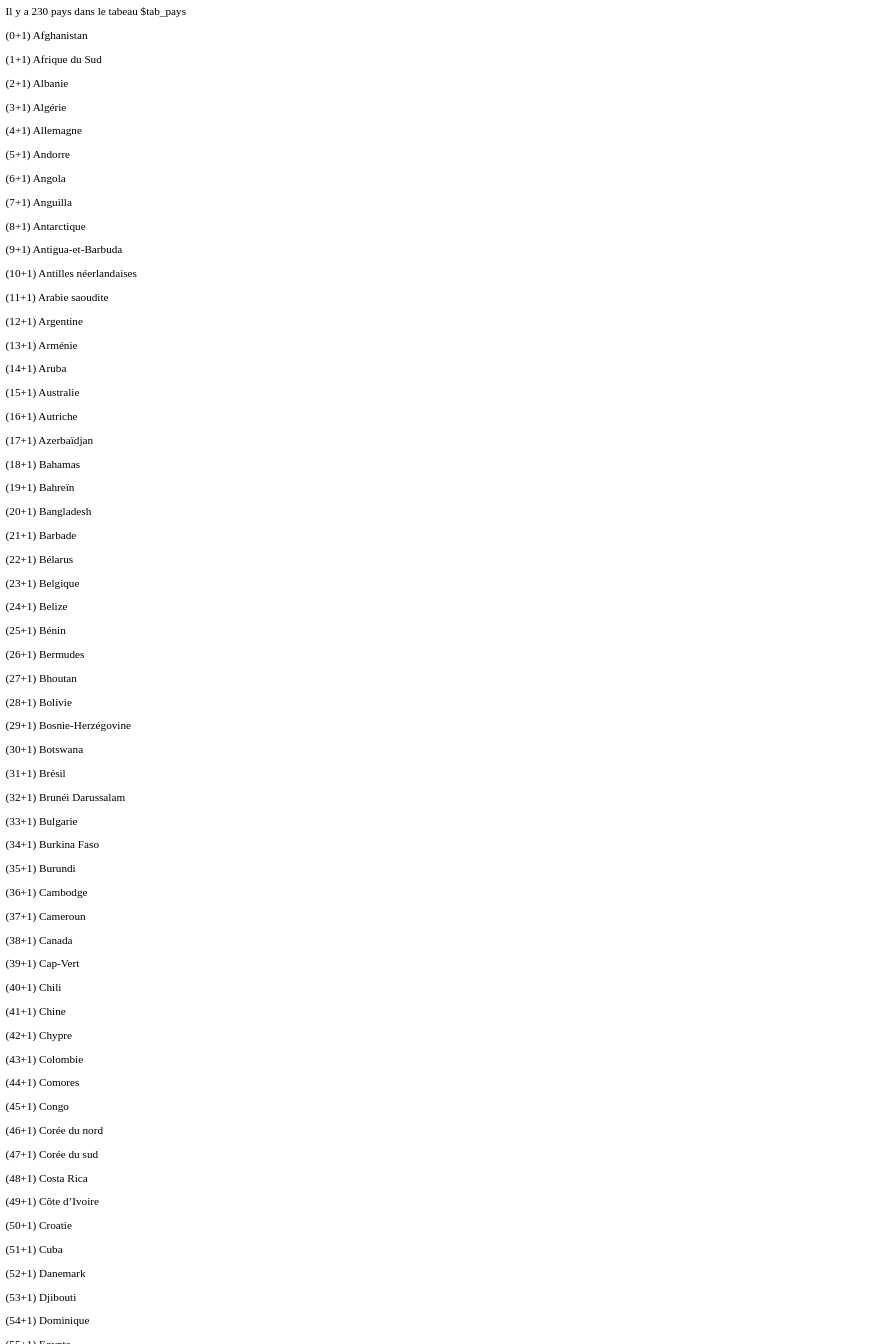
Repository: WebDevCF2m2021/base-php-2021
Page: http://localhost/07-for-sur-tableau.php
These files come from the project's save history. The page is drawn as it stood at one moment and after the next save; the edit follows.
The browser window is 1280 px wide. The pictures show the part of the page from y = 0 to 1920 px (the page is 7862 px tall), at 70% of full size.
The page is run by PHP 8.4 with error messages shown; the project is at /var/www/html/.

Above is the page before, as saved 2021-07-07 12:09:06.

### 07-for-sur-tableau.php
<?php
$tab_pays = array('
Afghanistan ', ' Afrique du Sud ', ' Albanie ', ' Algérie ', ' Allemagne ', ' Andorre ', ' Angola ', ' Anguilla ', ' Antarctique ', ' Antigua-et-Barbuda ', ' Antilles néerlandaises ', ' Arabie saoudite ', ' Argentine ', ' Arménie ', ' Aruba ', ' Australie ', ' Autriche ', ' Azerbaïdjan ', ' Bahamas ', ' Bahreïn ', ' Bangladesh ', ' Barbade ', ' Bélarus ', ' Belgique ', ' Belize ', ' Bénin ', ' Bermudes ', ' Bhoutan ', ' Bolivie ', ' Bosnie-Herzégovine ', ' Botswana ', ' Brésil ', ' Brunéi Darussalam ', ' Bulgarie ', ' Burkina Faso ', ' Burundi ', ' Cambodge ', ' Cameroun ', ' Canada ', ' Cap-Vert ', ' Chili ', ' Chine ', ' Chypre ', ' Colombie ', ' Comores ', ' Congo ', ' Corée du nord ', ' Corée du sud ', ' Costa Rica ', ' Côte d’Ivoire ', ' Croatie ', ' Cuba ', ' Danemark ', ' Djibouti ', ' Dominique ', ' Egypte ', ' El Salvador ', ' Emirats arabes unis ', ' Equateur ', ' Erythrée ', ' Espagne ', ' Estonie ', ' Etats-Unis d’Amérique ', ' Ethiopie ', ' Fédération de Russie ', ' Fidji ', ' Finlande ', ' France ', ' Gabon ', ' Gambie ', ' Géorgie ', ' Ghana ', ' Gibraltar ', ' Grèce ', ' Groenland ', ' Guadeloupe ', ' Guam ', ' Guatemala ', ' Guinée ', ' Guinée équatoriale ', ' Guinée-Bissau ', ' Guyana ', ' Guyane française ', ' Haïti ', ' Honduras ', ' Hong Kong ', ' Hongrie ', ' Ile De Bouvet ', ' Ile Norfolk ', ' Iles Caïmanes ', ' Iles Cook<' , ' Iles d’Aland ', ' Iles Falkland ', ' Iles Féroé ', ' Iles Mariannes septentrionales ', ' Iles Marshall ', ' Iles Salomon ', ' Iles Svalbard et Jan Mayen ', ' Iles Turques et Caïques ', ' Iles Vierges américaines ', ' Iles Vierges britanniques ', ' Iles Wallis et Futuna ', ' Inde ', ' Indonésie ', ' Iran ', ' Iraq ', ' Irlande ', ' Islande ', ' Israel ', ' Italie ', ' Jamaïque ', ' Japon ', ' Jordanie ', ' Kazakhstan ', ' Kenya ', ' Kirghizistan ', ' Kiribati ', ' Koweït ', ' Laos ', ' Lesotho ', ' Lettonie ', ' Liban ', ' Libéria ', ' Libye ', ' Liechtenstein ', ' Lituanie ', ' Luxembourg ', ' Macao ', ' Madagascar ', ' Malaisie ', ' Malawi ', ' Maldives ', ' Mali ', ' Malte ', ' Maroc ', ' Martinique ', ' Maurice ', ' Mauritanie ', ' Mayotte ', ' Mexique ', ' Micronésie ', ' Moldovie ', ' Monaco ', ' Mongolie ', ' Montserrat ', ' Mozambique ', ' Myanmar ', ' Namibie ', ' Nauru ', ' Népal ', ' Nicaragua ', ' Niger ', ' Nigéria ', ' Nioué ', ' Norvège ', ' Nouvelle-Calédonie ', ' Nouvelle-Zélande ', ' Oman ', ' Ouganda ', ' Ouzbékistan ', ' Pakistan ', ' Palaos ', ' Panama ', ' Papouasie-Nouvelle-Guinée ', ' Paraguay ', ' Pays-Bas ', ' Pérou ', ' Philippines ', ' Pitcairn ', ' Pologne ', ' Polynésie française ', ' Porto Rico ', ' Portugal ', ' Qatar ', ' République centrafricaine ', ' République démocratique du Congo ', ' République dominicaine ', ' République tchèque ', ' Réunion ', ' Roumanie ', ' Royaume-Uni ', ' Rwanda ', ' Saint-Kitts-et-Nevis ', ' Saint-Marin ', ' Saint-Pierre-et-Miquelon ', ' Saint-Siège ', ' Saint-Vincent-et-les Grenadines ', ' Sainte-Hélène ', ' Sainte-Lucie ', ' Samoa ', ' Samoas américaines ', ' Sao Tomé-et-Principe ', ' Sénégal ', ' Serbie-et-Monténégro ', ' Seychelles ', ' Sierra Leone ', ' Singapour ', ' Slovaquie ', ' Slovénie ', ' Somalie ', ' Soudan ', ' Sri Lanka ', ' Suède ', ' Suisse ', ' Suriname ', ' Swaziland ', ' Syrie ', ' Tadjikistan ', ' Taiwan ', ' Tanzanie ', ' Tchad ', ' Territoire palestinien occupé ', ' Thaïlande ', ' Timor-Leste ', ' Togo ', ' Tokélaou ', ' Tonga ', ' Trinité-et-Tobago ', ' Tunisie ', ' Turkménistan ', ' Turquie ', ' Tuvalu ', ' Ukraine ', ' Uruguay ', ' Vanuatu ', ' Venezuela ', ' Viet Nam ', ' Yémen ', ' Zambie ', ' Zimbabwe ', );

// affichez tous les pays de la liste avec une boucle for() et un count()

$numberOfCountries = count($tab_pays);

echo "<p>Il y a $numberOfCountries".' pays dans le tabeau $tab_pays</p>';

for ($n=0;$n<$numberOfCountries;$n++){
    echo "<p>"."($n+1)"." $tab_pays[$n]</p>";
}

After the next save:
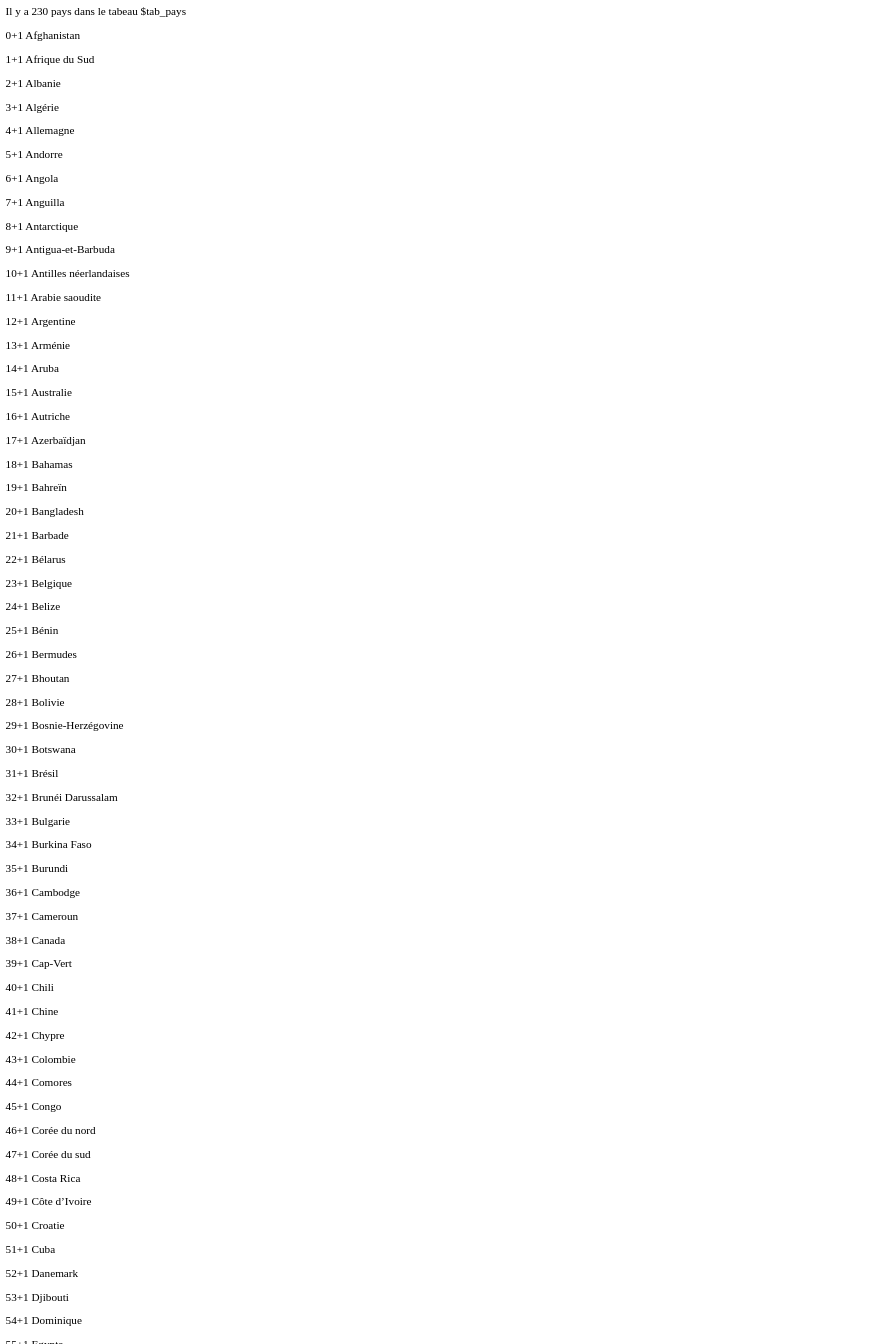
Saved 13 s later.
--- a/07-for-sur-tableau.php
+++ b/07-for-sur-tableau.php
@@ -9,5 +9,5 @@ $numberOfCountries = count($tab_pays);
 echo "<p>Il y a $numberOfCountries".' pays dans le tabeau $tab_pays</p>';
 
 for ($n=0;$n<$numberOfCountries;$n++){
-    echo "<p>"."($n+1)"." $tab_pays[$n]</p>";
+    echo "<p>"."$n+1"." $tab_pays[$n]</p>";
 }
